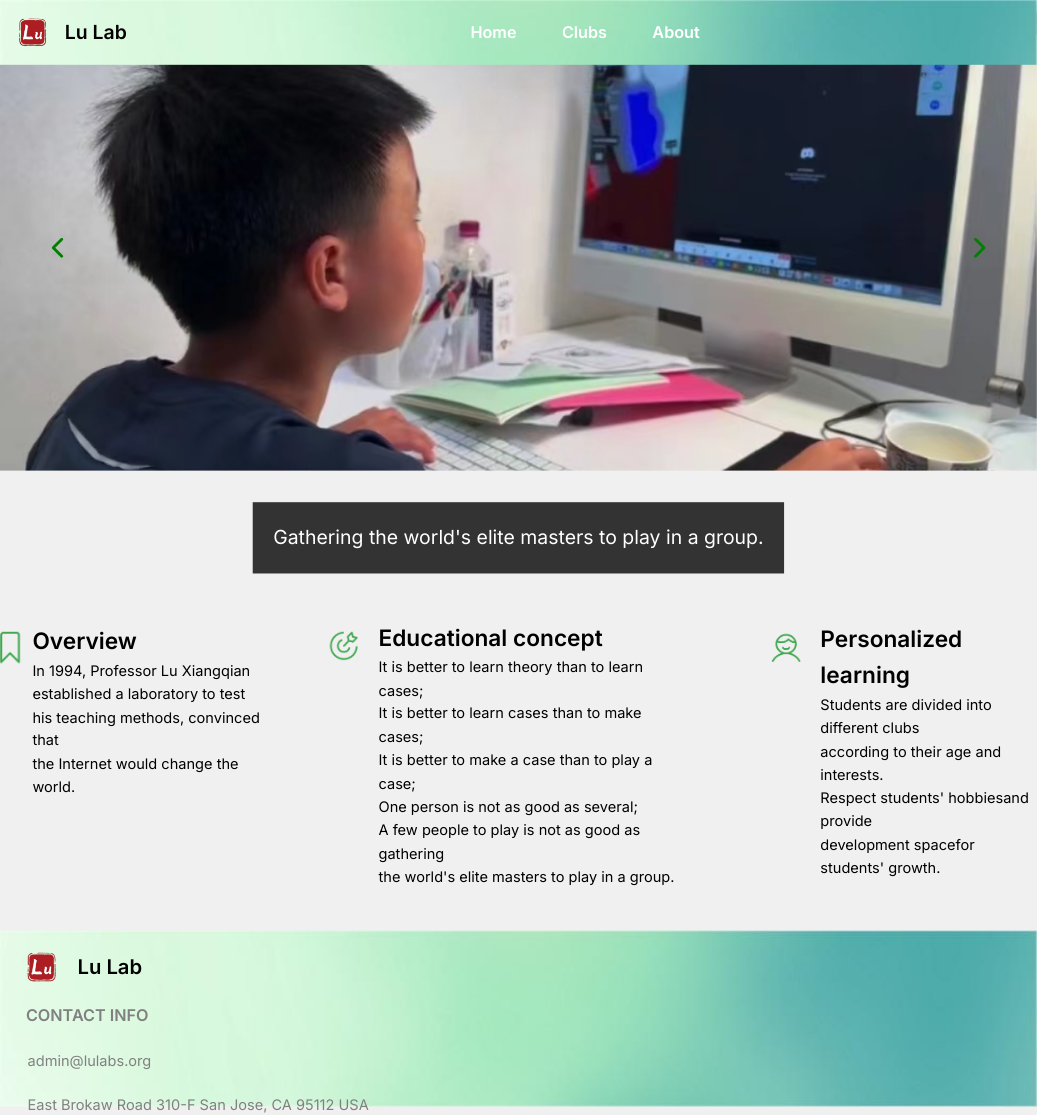
Repository: proflulab/lulab_website_next_js
Page: /
An editor plug-in stored every save of this project. The page is shown before and after the next save, followed by the edit.
The browser window is 1280 px wide. The pictures show the whole page, at 81% of full size.
The project was rebuilt for these pictures with package versions that can differ from the ones it lists, and the page was loaded fresh each time. The framework's server and built-in components were replaced by stand-ins that run in the browser. Also part of the build but not shown: next.config.js, next.config.mjs.

Above is the page before, as saved 2023-12-27 21:06:55.

### app/layout.tsx
import type { Metadata } from "next";
import { Inter } from "next/font/google";
import "./globals.css";

const inter = Inter({ subsets: ["latin"] });

export const metadata: Metadata = {
  title: "Lu Lab",
  description: "Lu Lab",
};

export default function RootLayout({
  children,
}: {
  children: React.ReactNode;
}) {
  return (
    <html lang="en">
      <body className={inter.className}>{children}</body>
    </html>
  );
}

### app/page.tsx
"use client";
import "./globals.css"; // 引入全局 CSS 文件

import React, { useState, useEffect, useRef } from "react";
import { FontAwesomeIcon } from "@fortawesome/react-fontawesome";
import {
  faChevronLeft,
  faChevronRight,
} from "@fortawesome/free-solid-svg-icons";
import Image from "next/image";

import Navbar from "./title/page";
import End from "./title/end";

// export default Navbar;

const Home: React.FC = () => {
  const [images, setImages] = useState<string[]>([]);
  const [currentImageIndex, setCurrentImageIndex] = useState<number>(0);

  useEffect(() => {
    const imageUrls = ["image3.jpg", "xueyuan.jpg", "image1.jpg"];
    setImages(imageUrls);
  }, []);

  useEffect(() => {
    const interval = setInterval(() => {
      setCurrentImageIndex((prevIndex) =>
        prevIndex === images.length - 1 ? 0 : prevIndex + 1
      );
    }, 5000);

    return () => clearInterval(interval);
  }, [images]);

  const showNextImage = () => {
    setCurrentImageIndex((prevIndex) =>
      prevIndex === images.length - 1 ? 0 : prevIndex + 1
    );
  };

  const showPreviousImage = () => {
    setCurrentImageIndex((prevIndex) =>
      prevIndex === 0 ? images.length - 1 : prevIndex - 1
    );
  };
  const [windowWidth, setWindowWidth] = useState<number>(0);

  const [isMobile, setIsMobile] = useState<boolean>(false);

  useEffect(() => {
    const handleResize = () => {
      const width = window.innerWidth;
      setIsMobile(width <= 768);
    };

    handleResize(); // 初始化时调用一次，设置初始的 isMobile 值

    window.addEventListener("resize", handleResize);

    return () => {
      window.removeEventListener("resize", handleResize);
    };
  }, []); // 空数组作为依赖，确保只在组件挂载时执行一次

  return (
    <>
      <Navbar />
      <div
        style={{
          display: "flex",
          flexDirection: "column",
          alignItems: "center",
        }}
      >
        <div
          style={{
            position: "relative",
            width: "100%",
            height: "85vh",
            maxWidth: "100%",
            maxHeight: "85vh",
          }}
        >
          {images.length > 0 && (
            // eslint-disable-next-line @next/next/no-img-element
            <img
              src={images[currentImageIndex]}
              alt={`Image ${currentImageIndex + 1}`}
              style={{
                width: "100%",
                height: "95%",
                objectFit: "cover",
                ...(isMobile
                  ? {
                      height: "75vh",
                      width: "100%",
                      objectFit: "cover",
                    }
                  : {}),
              }}
            />
          )}
          <div
            style={{
              position: "absolute",
              top: "50%",
              transform: "translateY(-50%)",
              left: "5%",
              right: "5%",
              display: "flex",
              justifyContent: "space-between",
            }}
          >
            <button
              onClick={showPreviousImage}
              style={{ color: "green", fontWeight: "bold", fontSize: "28px" }}
            >
              <FontAwesomeIcon icon={faChevronLeft} />
            </button>
            <button
              onClick={showNextImage}
              style={{ color: "green", fontWeight: "bold", fontSize: "28px" }}
            >
              <FontAwesomeIcon icon={faChevronRight} />
            </button>
          </div>
        </div>

        <div
          style={{
            position: "absolute",
            top: isMobile ? "400px" : "620px",
            justifyContent: "space-between",

            backgroundColor: "#333333",
            color: "#fff",
            padding: "25px",
            zIndex: 1,
            width: isMobile ? "80%" : "auto", // 根据屏幕大小更新宽度
          }}
        >
          <p style={{ fontSize: isMobile ? "20px" : "24px" }}>
            Gathering the world&apos;s elite masters to play in a group.
          </p>
        </div>

        <div
          style={{
            fontWeight: "bold",
            fontSize: "45px",
            color: "#000000",
            textAlign: "center",
            marginTop: "40px",
            marginBottom: "40px",
          }}
        >
          Welcome to Lu Lab
        </div>
        {isMobile && (
          <>
            <div
              style={{
                marginBottom: "20px",
                display: "flex",
                alignItems: "flex-start",
              }}
            >
              <Image
                src="/Overview.png"
                alt=""
                width={25}
                height={35}
                style={{ marginLeft: "-30px" }}
              />
              <div style={{ marginLeft: "15px" }}>
                <p
                  style={{
                    fontSize: "28px",
                    fontWeight: "600",
                    marginBottom: "5px",
                    marginTop: "-5px",
                  }}
                >
                  Overview
                </p>
                <p
                  style={{
                    fontSize: "18px",
                    fontWeight: "400",
                    lineHeight: "1.5",
                  }}
                >
                  In 1994, Professor Lu Xiangqian
                  <br /> established a laboratory to test
                  <br />
                  his teaching methods, convinced that
                  <br /> the Internet would change the world. <br />
                </p>
              </div>
            </div>

            <div
              style={{
                marginBottom: "20px",
                display: "flex",
                alignItems: "flex-start",
              }}
            >
              <Image
                src="/Edu.png"
                alt=""
                width={35}
                height={35}
                style={{ marginLeft: "35px" }}
              />
              <div style={{ marginLeft: "15px" }}>
                <p
                  style={{
                    fontSize: "28px",
                    fontWeight: "600",
                    marginBottom: "5px",
                    marginTop: "-5px",
                  }}
                >
                  Educational concept
                </p>
                <p
                  style={{
                    fontSize: "18px",
                    fontWeight: "400",
                    lineHeight: "1.5",
                  }}
                >
                  It is better to learn theory than to learn cases;
                  <br />
                  It is better to learn cases than to make cases;
                  <br />
                  It is better to make a case than to play a case;
                  <br />
                  One person is not as good as several;
                  <br />
                  A few people to play is not as good as gathering
                  <br />
                  the world&apos;s elite masters to play in a group.
                </p>
              </div>
            </div>

            <div
              style={{
                marginBottom: "20px",
                display: "flex",
                alignItems: "flex-start",
              }}
            >
              <Image
                src="/Person.png"
                alt=""
                width={35}
                height={35}
                style={{ marginLeft: "-15px" }}
              />
              <div style={{ marginLeft: "15px" }}>
                <p
                  style={{
                    fontSize: "28px",
                    fontWeight: "600",
                    marginBottom: "5px",
                    marginTop: "-5px",
                  }}
                >
                  Personalized learning
                </p>
                <p
                  style={{
                    fontSize: "18px",
                    fontWeight: "400",
                    lineHeight: "1.5",
                  }}
                >
                  Students are divided into different clubs
                  <br />
                  according to their age and interests.
                  <br />
                  Respect students&apos; hobbies and provide
                  <br />
                  development space for students&apos; growth.
                </p>
              </div>
            </div>
          </>
        )}

        {!isMobile && (
          <div
            style={{
              display: "flex",
              justifyContent: "left",
              marginTop: "20px",
            }}
          >
            <div style={{ flex: "1", marginRight: "80px" }}>
              <Image src="/Overview.png" alt="" width={25} height={35} />
              <div style={{ marginLeft: "40px" }}>
                <p
                  style={{
                    color: "black",
                    fontSize: "28px",
                    fontWeight: "600",
                    marginTop: "-50px",
                    textAlign: "left",
                  }}
                >
                  Overview
                </p>
                <p
                  style={{
                    color: "black",
                    fontSize: "18px",
                    fontWeight: "400",
                    textAlign: "left",
                  }}
                >
                  In 1994, Professor Lu Xiangqian
                  <br /> established a laboratory to test
                  <br />
                  his teaching methods, convinced that
                  <br /> the Internet would change the world. <br />
                </p>
              </div>
            </div>
            <div style={{ flex: "1.3", marginRight: "90px" }}>
              {" "}
              {/* 将 Edu 部分的 flex 值调整为 1.5 */}
              <Image src="/Edu.png" alt="" width={35} height={35} />
              <div style={{ marginLeft: "60px" }}>
                <p
                  style={{
                    color: "black",
                    fontSize: "28px",
                    fontWeight: "600",
                    marginTop: "-50px",
                    textAlign: "left",
                  }}
                >
                  Educational concept
                </p>
                <p
                  style={{
                    color: "black",
                    fontSize: "18px",
                    fontWeight: "400",
                    textAlign: "left",
                  }}
                >
                  It is better to learn theory than to learn cases;
                  <br /> It is better to learn cases than to make cases;
                  <br /> It is better to make a case than to play a case;
                  <br /> One person is not as good as several;
                  <br /> A few people to play is not as good as gathering
                  <br /> the world&apos;s elite masters to play in a group.
                </p>
              </div>
            </div>
            <div style={{ flex: "1", marginLeft: "30px" }}>
              <Image src="/Person.png" alt="" width={35} height={35} />
              <div style={{ marginLeft: "60px" }}>
                <p
                  style={{
                    color: "black",
                    fontSize: "28px",
                    fontWeight: "600",
                    marginTop: "-50px",
                    textAlign: "left",
                  }}
                >
                  Personalized learning
                </p>
                <p
                  style={{
                    color: "black",
                    fontSize: "18px",
                    fontWeight: "400",
                    textAlign: "left",
                  }}
                >
                  Students are divided into different clubs
                  <br /> according to their age and interests.
                  <br /> Respect students&apos; hobbiesand provide
                  <br /> development spacefor students&apos; growth.
                </p>
              </div>
            </div>
          </div>
        )}

        <hr
          style={{
            marginBottom: "50px",
          }}
        />
        <End />
      </div>
    </>
  );
};

export default Home;

### app/globals.css
@tailwind base;
@tailwind components;
@tailwind utilities;
/* 全局样式 */
body {
  font-family: Arial, sans-serif;
  margin: 0;
  padding: 0;
  background-color: #f0f0f0;
  color: #333;
}

h1 {
  font-size: 2em;
  margin-bottom: 20px;
}

p {
  font-size: 16px;
  line-height: 1.5;
}

/* 媒体查询 */
/* 在小屏幕上应用的样式 */
/* globals.css 或者其他全局CSS文件 */
/* 在文件中添加媒体查询样式 */

/* 较小屏幕尺寸下调整内容位置 */
@media (max-width: 768px) {
  .additional-content {
    top: 550px; /* 调整顶部位置 */
    padding: 15px; /* 调整内边距 */
  }
}

/* 更小屏幕尺寸下调整内容位置 */
@media (max-width: 480px) {
  .additional-content {
    top: 500px; /* 更进一步调整顶部位置 */
    padding: 10px; /* 更进一步调整内边距 */
  }
}

/* 更多媒体查询和样式 */

@media (max-width: 768px) {
  body {
    font-size: 14px;
  }

  h1 {
    font-size: 1.5em;
    margin-bottom: 15px;
  }

  p {
    font-size: 14px;
    line-height: 1.4;
  }
}

/* 在更小的屏幕上应用的样式 */
@media (max-width: 480px) {
  body {
    font-size: 12px;
  }

  h1 {
    font-size: 1.2em;
    margin-bottom: 10px;
  }

  p {
    font-size: 12px;
    line-height: 1.3;
  }
}

/* 在大屏幕上应用的样式 */
@media (min-width: 1200px) {
  body {
    font-size: 18px;
  }

  h1 {
    font-size: 2.5em;
    margin-bottom: 25px;
  }

  p {
    font-size: 18px;
    line-height: 1.6;
  }
}

/* 更多自定义样式和媒体查询可以按需添加 */

### app/title/end.tsx
"use client";
import Link from "next/link";
import { useState, useEffect, useRef } from "react";
import Image from "next/image";
const End: React.FC = () => {
  return (
    <div style={{ position: "relative" }}>
      <Image src="/title.jpg" alt="" height="230" width="1700" />
      <div
        style={{
          position: "absolute",
          top: "20px",
          left: "2%",
          display: "flex",
          alignItems: "center",
        }}
      >
        <Image src="/logo.png" alt="" height="50" width="50" />
        <p
          style={{
            color: "black",
            fontSize: "25px",
            fontWeight: "600",
            marginLeft: "20px",
          }}
        >
          Lu Lab
        </p>
      </div>
      <div
        style={{
          position: "absolute",
          top: "90px",
          left: "2.5%",
          textAlign: "left",
        }}
      >
        <div
          style={{
            color: "grey",
            fontSize: "20px",
            fontWeight: "600",
          }}
        >
          CONTACT INFO
        </div>
        <div
          style={{
            color: "grey",
            fontSize: "18px",
            fontWeight: "400",
            marginLeft: "2px",
            textAlign: "left",
          }}
        >
          <br />
          admin@lulabs.org
          <br />
          <br />
          East Brokaw Road 310-F San Jose, CA 95112 USA <br />
        </div>
      </div>
    </div>
  );
};
export default End;

Loaded but not shown: tailwind.config.ts (common file); app/title/page.tsx (272 lines, source omitted)

After the next save:
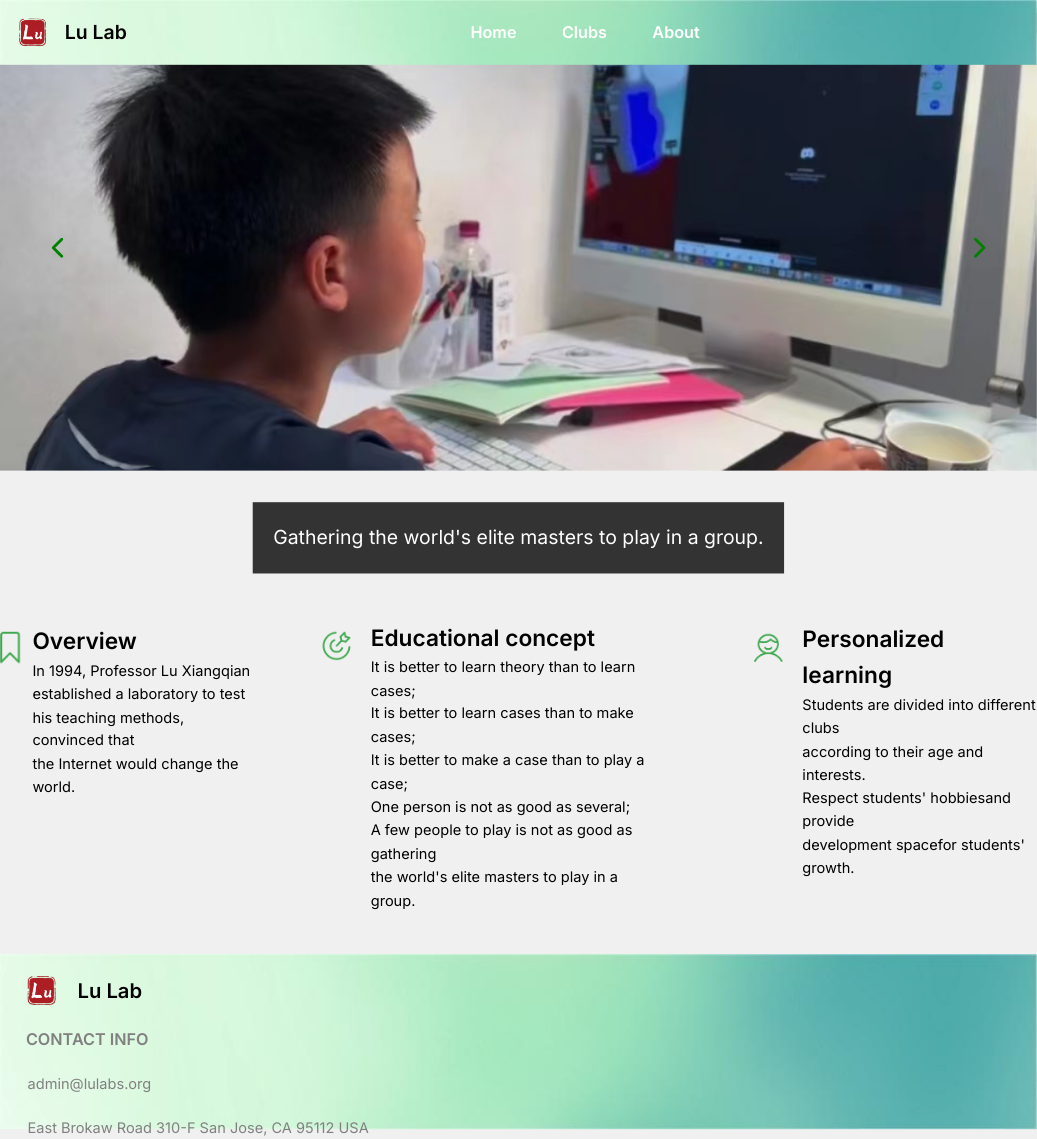
Saved 12 s later.
--- a/app/page.tsx
+++ b/app/page.tsx
@@ -363,7 +363,7 @@ const Home: React.FC = () => {
                 </p>
               </div>
             </div>
-            <div style={{ flex: "1", marginLeft: "30px" }}>
+            <div style={{ flex: "1.1", marginLeft: "30px" }}>
               <Image src="/Person.png" alt="" width={35} height={35} />
               <div style={{ marginLeft: "60px" }}>
                 <p
